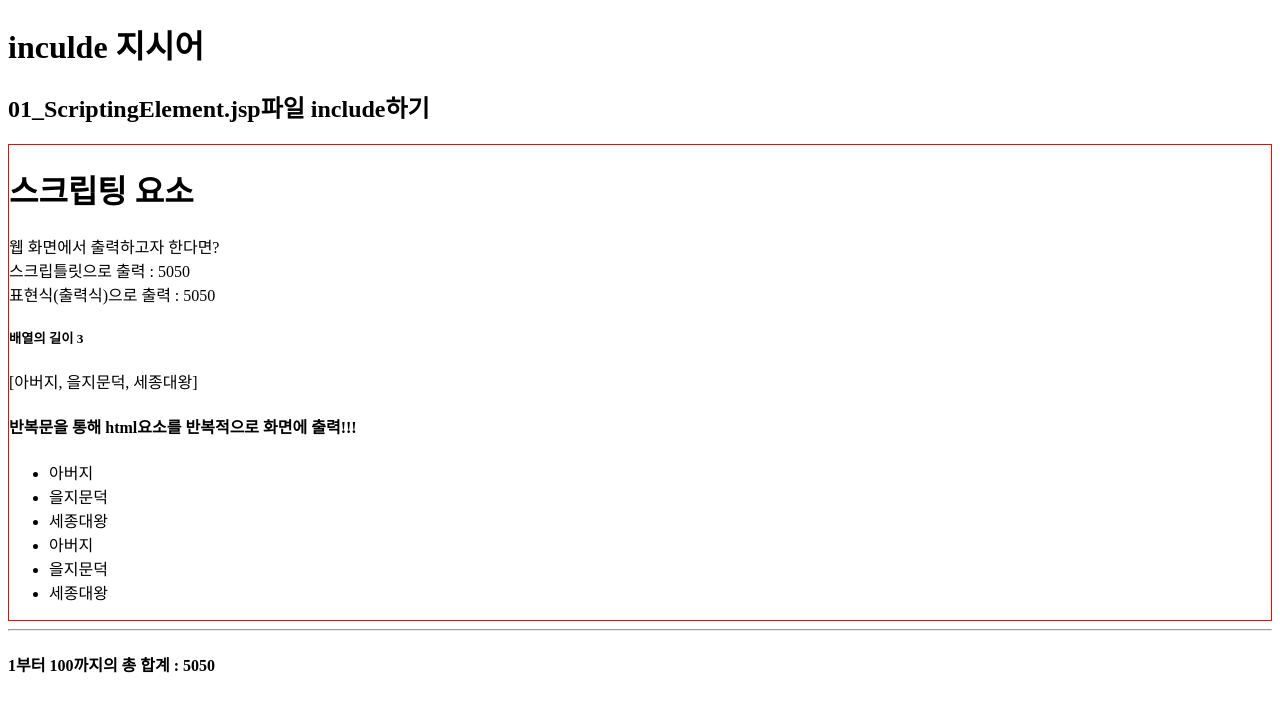
Repository: DonghwanSon1/StudyAndSubwayStore
Page: http://localhost/2_JSP/views/03_DirectiveInclude.jsp
An editor plug-in stored every save of this project. The page is shown before and after the next save, followed by the edit.
The browser window is 1280 px wide. The pictures show the whole page.
The page is served by Tomcat 9.

Above is the page before, as saved 2022-06-02 07:31:19.

After the next save:
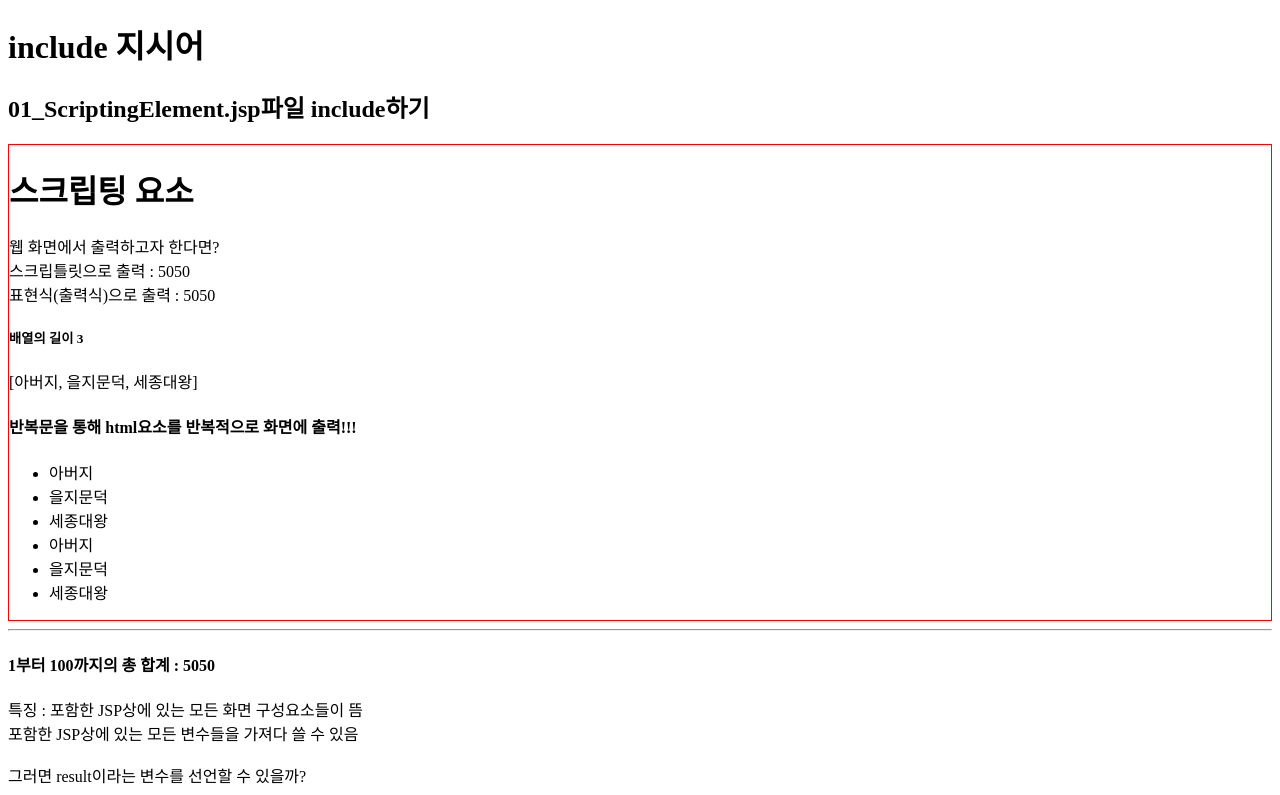
Saved 4 s later.
--- a/2_JSP/WebContent/views/03_DirectiveInclude.jsp
+++ b/2_JSP/WebContent/views/03_DirectiveInclude.jsp
@@ -8,7 +8,7 @@
 </head>
 <body>
 
-	<h1>inculde 지시어</h1>
+	<h1>include 지시어</h1>
 	<h2>01_ScriptingElement.jsp파일 include하기</h2>
 	<div style="border: 1px solid red;">
 		<%@ include file="01_ScriptingElement.jsp" %>
@@ -17,6 +17,16 @@
 	<hr>
 
 	<h4>1부터 100까지의 총 합계 : <%= result %> </h4>
+	특징 : 포함한 JSP상에 있는 모든 화면 구성요소들이 뜸 <br>
+		 포함한 JSP상에 있는 모든 변수들을 가져다 쓸 수 있음 <br>
+
+
+	<br>
+	그러면 result이라는 변수를 선언할 수 있을까?
+	<%
+		//int result = 0; 중ㅂㄱ된 변수명 사용불가!!
+
+	%>
 
 
 
